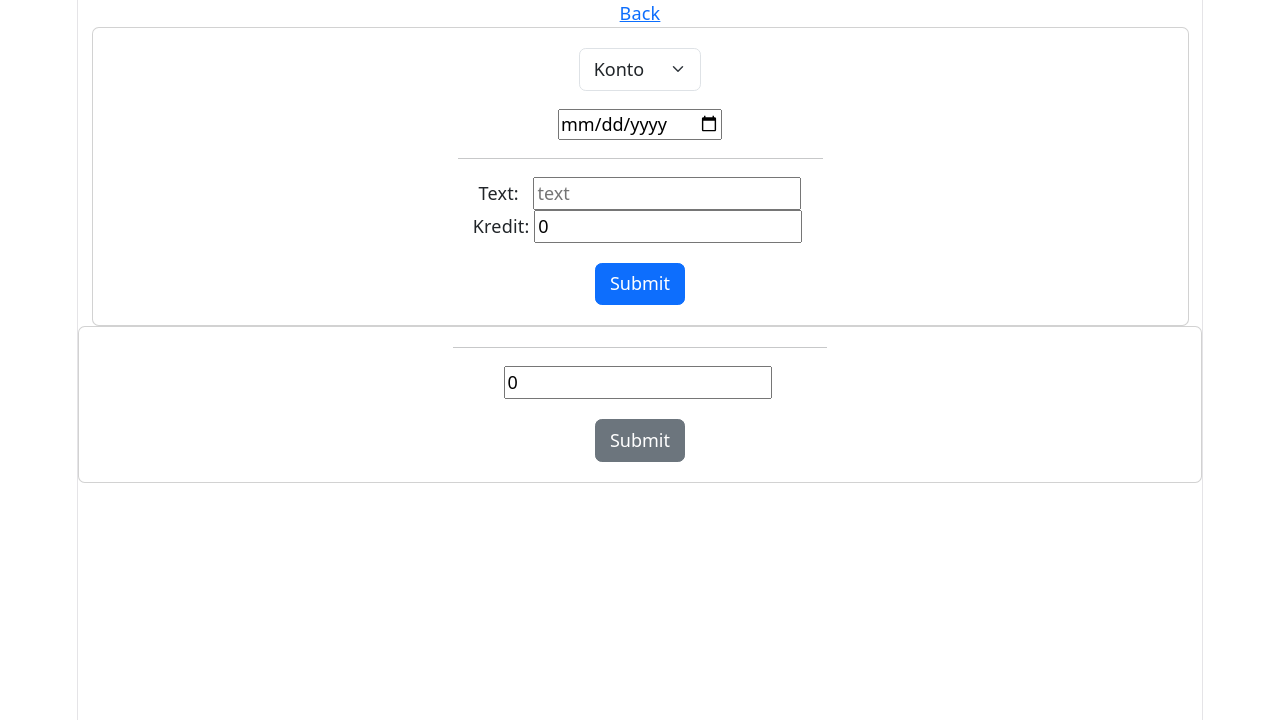
Repository: supply24/kidsaccount
Page: /action
The author's editor kept a copy of each file at every save. The page is drawn from the files as they stood at one save, then again after the next save.
The browser window is 1280 px wide. The pictures show the whole page.
The page's requests for data from a server got no answer. The project was rebuilt for these pictures with package versions that can differ from the ones it lists, and the page was loaded fresh each time. No one was signed in, and anything a server would have sent is missing. Also part of the build but not shown: vite.config.js, src/App.css, src/App.jsx, src/Homing.jsx, src/Emilia.jsx, src/Alexander.jsx.

Above is the page before, as saved 2026-08-01 12:21:56.

After the next save:
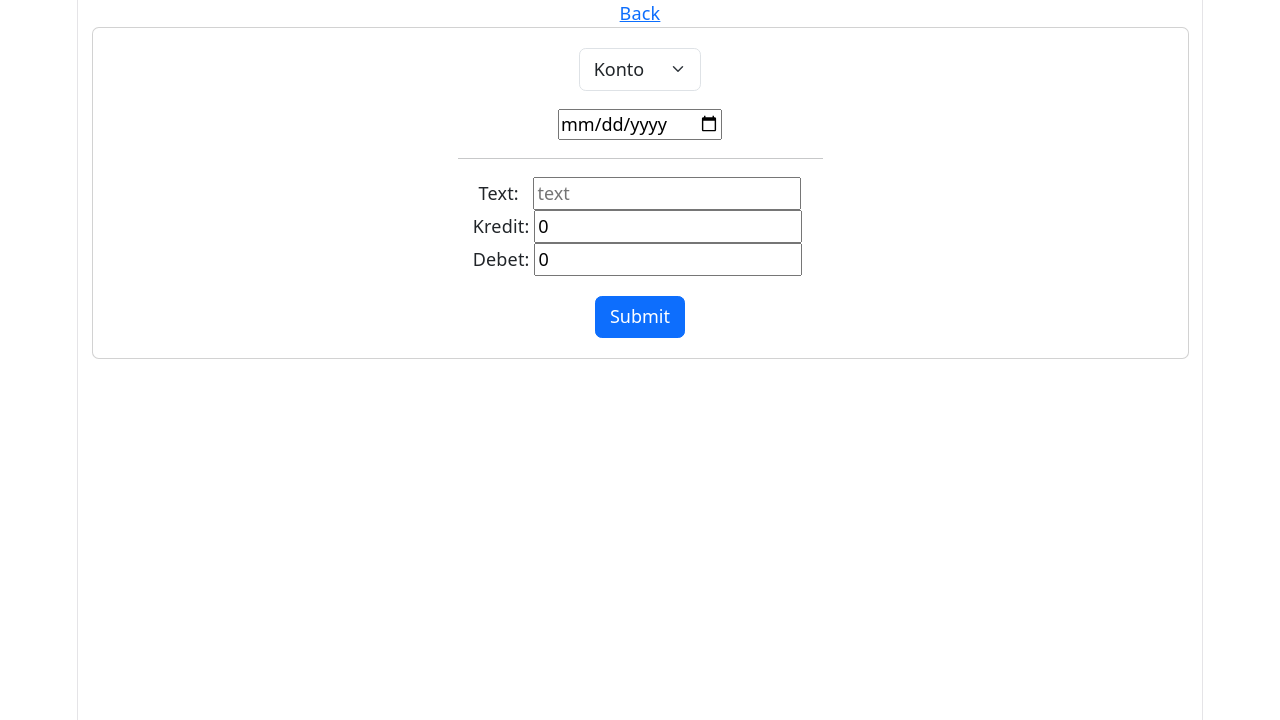
Saved 2 min 34 s later.
--- a/src/Actions.jsx
+++ b/src/Actions.jsx
@@ -60,20 +60,6 @@ const Actions = () => {
               console.error("konto info", data)
       }}
 
-      const payload1 = [{
-        konto1 :{ kredit, kontox}
-                   }]
-      const handleSubmit1=async(e)=>{
-        e.preventDefault()
-          const {data, error} = await supabase.from("Accounting").insert(payload1);
-          if(error)
-            console.error("error yes", error)
-            else{
-              console.error("konto info", data)
-      }}
-
-
-
       async function getCounts(){
         const {data, error} = await supabase.from("Accounting").select("*")
         setAccounter(data)
@@ -84,8 +70,6 @@ const Actions = () => {
         return (
           <div style={{marginTop:"20px"}}></div>)
       }
-
-
 
   return (
     <div>
@@ -112,6 +96,8 @@ const Actions = () => {
 
  <Col>Kredit: <input type="number" value={kredit} onChange={handleKredit} placeholder='kredit'/>&nbsp;
   </Col>
+  <Col>Debet: <input type="number" value={debet} onChange={handleDebet} placeholder='debet'/>&nbsp;
+  </Col>
 
 <Col align="center" md  ={4} className="mx-auto" style={{marginTop:"20px"}}>
   </Col>
@@ -120,26 +106,8 @@ const Actions = () => {
 </Form>
  </Card>
  </Container>
- <Row>
- <Container>
-      <Card>
-        <Form onSubmit={handleSubmit1}>
-          <Col md={4} className="mx-auto" style={{marginTop:"20px"}}>
-
-<hr></hr>
-<input type="number" value={debet} onChange={handleDebet} placeholder='debet'/>&nbsp;
 
 
-<Col align="center" md  ={4} className="mx-auto" style={{marginTop:"20px"}}>
-  </Col>
-  </Col>
-  <Button variant="secondary" type="submit" style={{marginBottom:20}}>Submit</Button>
-</Form>
-      </Card>
-    </Container>
-
-
-  </Row>
           </div>
   )
 }
